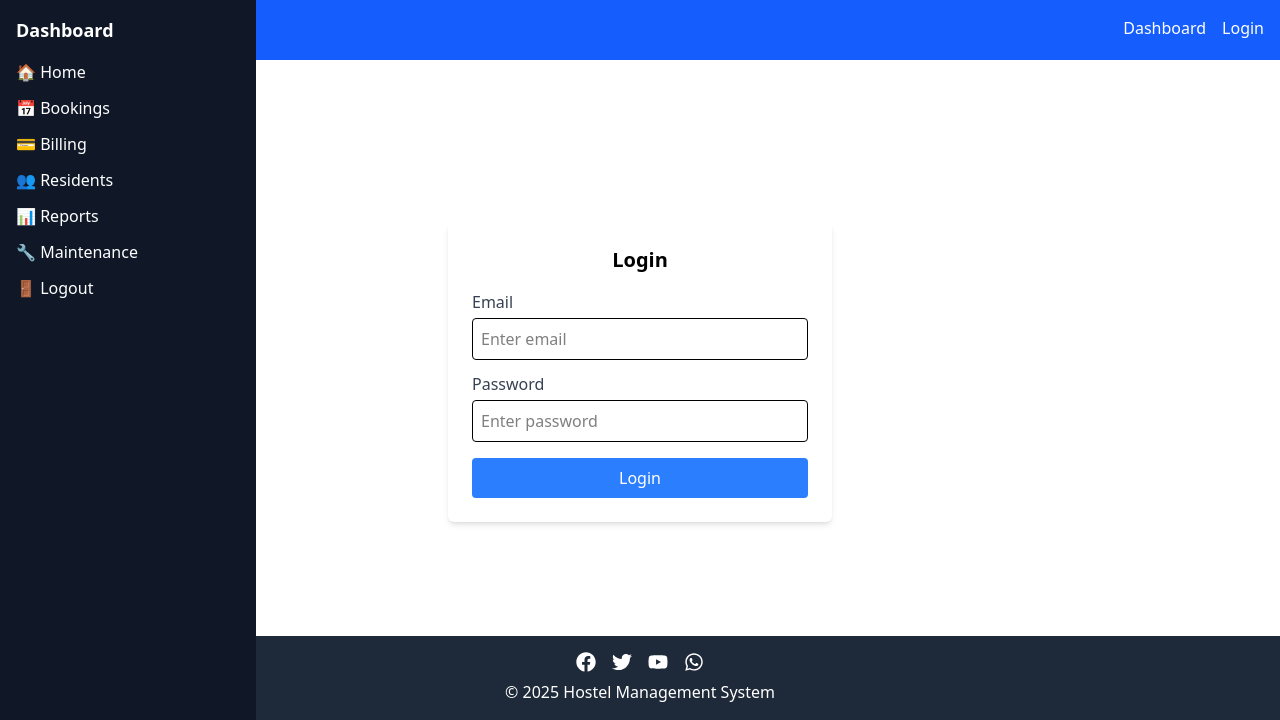
Repository: Meenakshi-commits/hostel_client
Page: /Dashboard
These files come from the project's save history. The page is drawn as it stood at one moment and after a run of saves; the edit follows.
The browser window is 1280 px wide. The pictures show the whole page.
The page's requests for data from a server got no answer. An inner scrolling area shows only its first screen. The project was rebuilt for these pictures with package versions that can differ from the ones it lists, and the page was loaded fresh each time. No one was signed in, and anything a server would have sent is missing. Also part of the build but not shown: vite.config.js, src/pages/HomePage.jsx, src/pages/Dashboard.jsx, src/pages/Booking.jsx, src/services/PaymentService.js, src/pages/Payment.jsx, src/pages/HostelDetails.jsx, src/pages/Maintenance.jsx and 4 more.

Above is the page before, as saved 2025-02-28 19:31:34.

After the next 2 saves:
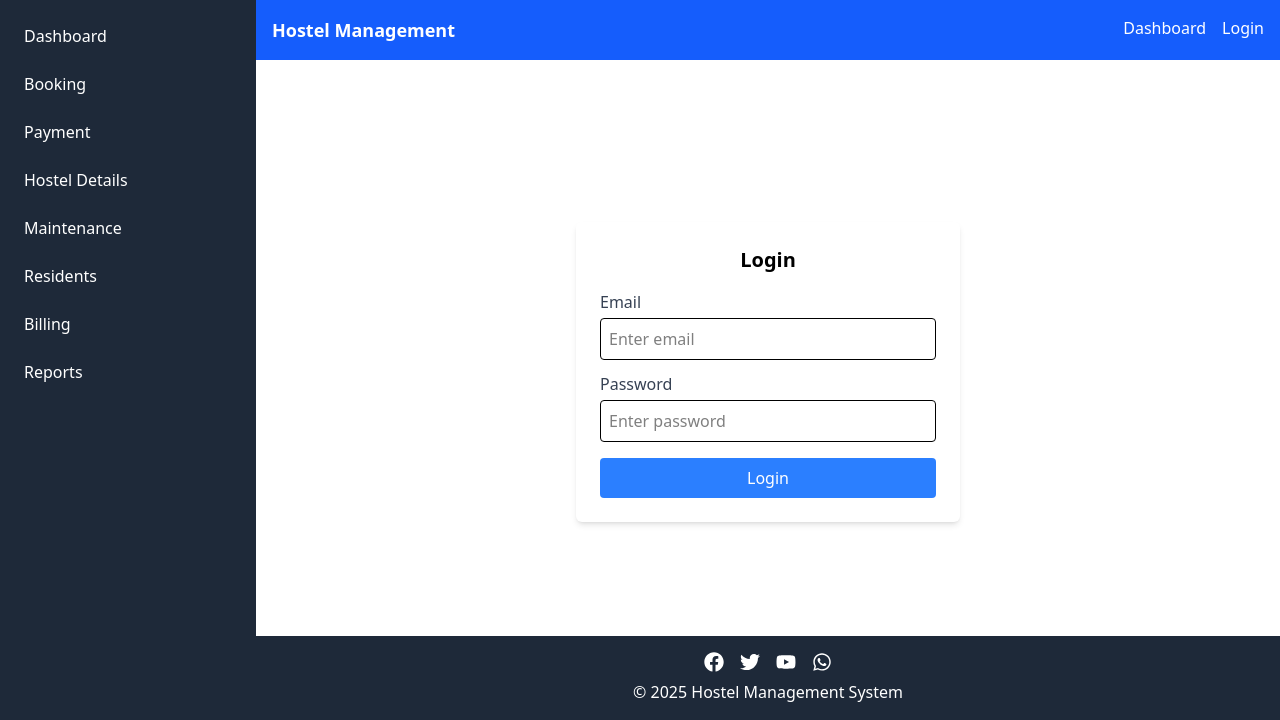
The 2 saves are shown as one change because 1 did not build or start.
The last was saved 2 min 45 s later.
--- a/src/context/AuthContext.jsx
+++ b/src/context/AuthContext.jsx
@@ -1,4 +1,5 @@
 import { createContext, useState, useEffect } from "react";
+import { useNavigate } from "react-router-dom";
 import { loginUser, registerUser } from "../services/authService";
 
 export const AuthContext = createContext();
@@ -6,6 +7,7 @@ export const AuthContext = createContext();
 export const AuthProvider = ({ children }) => {
   const [user, setUser] = useState(null);
   const [loading, setLoading] = useState(true);
+  const navigate = useNavigate();
 
   useEffect(() => {
     const storedUser = localStorage.getItem("user");
@@ -25,6 +27,7 @@ export const AuthProvider = ({ children }) => {
       const data = await loginUser(credentials);
       setUser(data.user);
       localStorage.setItem("user", JSON.stringify(data.user));
+      navigate("/dashboard"); // Navigate to dashboard after login
     } catch (error) {
       console.error("Login failed:", error);
     }
@@ -35,6 +38,7 @@ export const AuthProvider = ({ children }) => {
       const response = await registerUser(userData);
       setUser(response.user);
       localStorage.setItem("user", JSON.stringify(response.user));
+      navigate("/dashboard"); // Navigate to dashboard after registration
     } catch (error) {
       console.error("Registration failed:", error);
     }
@@ -43,6 +47,7 @@ export const AuthProvider = ({ children }) => {
   const logout = () => {
     setUser(null);
     localStorage.removeItem("user");
+    navigate("/"); // Navigate to home after logout
   };
 
   return (
--- a/src/components/Sidebar.jsx
+++ b/src/components/Sidebar.jsx
@@ -2,20 +2,34 @@ import { Link } from "react-router-dom";
 
 const Sidebar = () => {
   return (
-    <aside className="bg-gray-900 text-white w-64 p-4 h-screen fixed">
-      <h2 className="text-lg font-bold mb-4">Dashboard</h2>
-      <nav>
-        <ul className="space-y-3">
-          <li><Link to="/dashboard">🏠 Home</Link></li>
-          <li><Link to="/booking">📅 Bookings</Link></li>
-          <li><Link to="/billing">💳 Billing</Link></li>
-          <li><Link to="/residents">👥 Residents</Link></li>
-          <li><Link to="/reports">📊 Reports</Link></li>
-          <li><Link to="/maintenance">🔧 Maintenance</Link></li>
-          <li><Link to="/logout">🚪 Logout</Link></li>
-        </ul>
+    <div className="w-64 bg-gray-800 text-white">
+      <nav className="flex flex-col p-4">
+        <Link to="/dashboard" className="mb-2 p-2 hover:bg-gray-700 rounded">
+          Dashboard
+        </Link>
+        <Link to="/booking" className="mb-2 p-2 hover:bg-gray-700 rounded">
+          Booking
+        </Link>
+        <Link to="/payment" className="mb-2 p-2 hover:bg-gray-700 rounded">
+          Payment
+        </Link>
+        <Link to="/hostel-details" className="mb-2 p-2 hover:bg-gray-700 rounded">
+          Hostel Details
+        </Link>
+        <Link to="/maintenance" className="mb-2 p-2 hover:bg-gray-700 rounded">
+          Maintenance
+        </Link>
+        <Link to="/residents" className="mb-2 p-2 hover:bg-gray-700 rounded">
+          Residents
+        </Link>
+        <Link to="/billing" className="mb-2 p-2 hover:bg-gray-700 rounded">
+          Billing
+        </Link>
+        <Link to="/reports" className="mb-2 p-2 hover:bg-gray-700 rounded">
+          Reports
+        </Link>
       </nav>
-    </aside>
+    </div>
   );
 };
 
